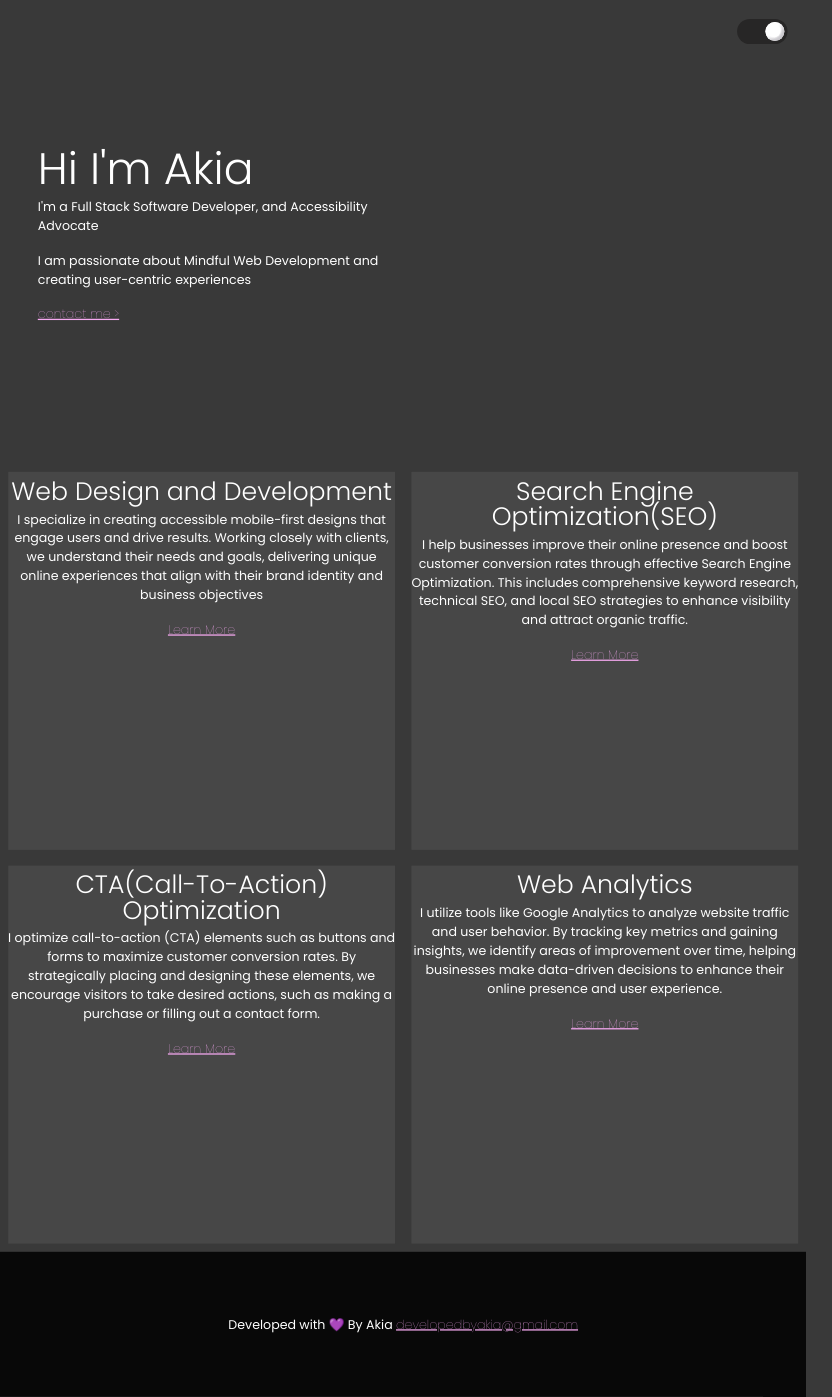
Repository: akiachenise/akiachenise.github.io
Page: index.html
An editor plug-in stored every save of this project. The page is shown before and after the next save, followed by the edit.
The browser window is 1280 px wide. The page is 1280 px wide, then 1320 px, so the pictures cover 1320 px, including what lies to the right of the window. The pictures show the whole page, at 63% of full size.
After loading, the first visible `div.switch` was clicked once.

Above is the page before, as saved 2023-06-09 08:08:14.

After the next save:
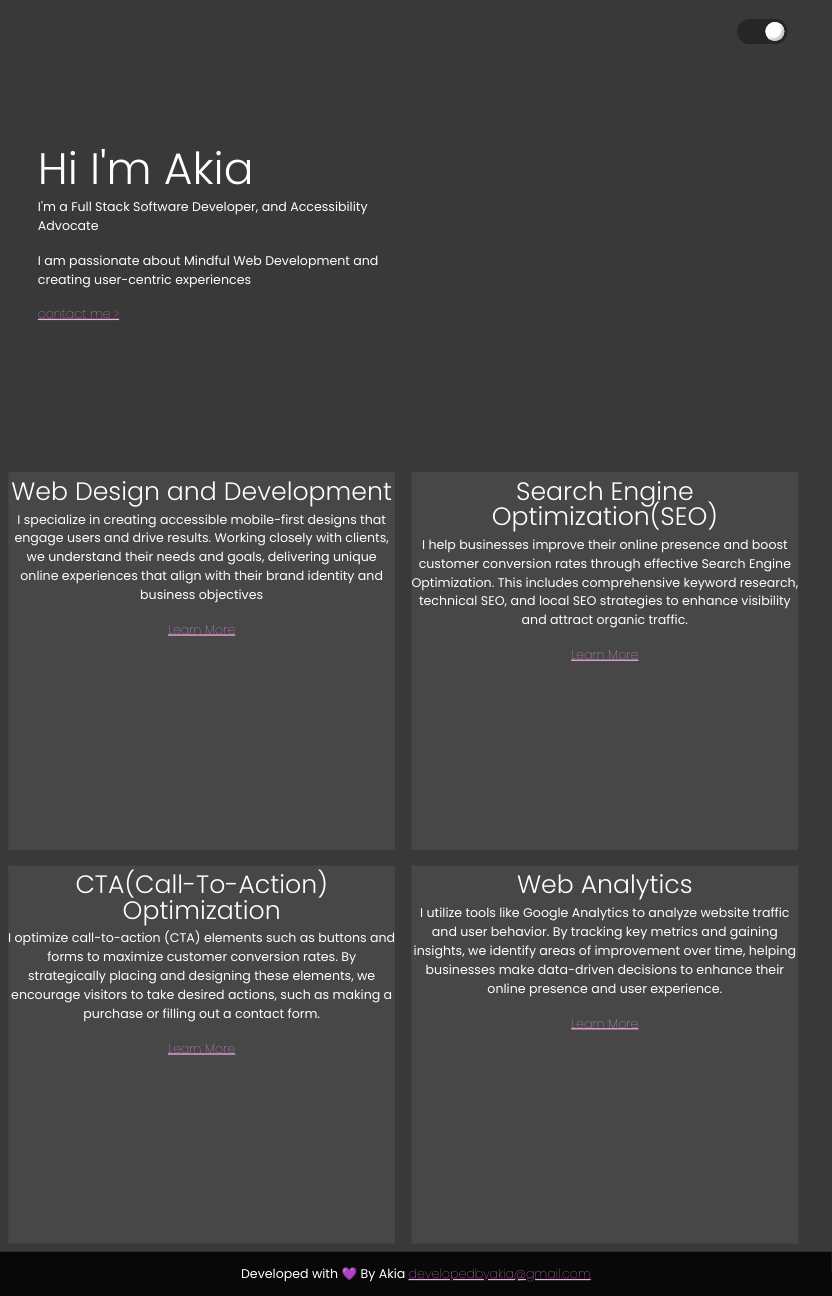
Saved 114 s later.
--- a/css/styles.css
+++ b/css/styles.css
@@ -262,6 +262,12 @@ footer {
 
 .dark footer {
     background-color: rgb(8, 8, 8);
+    width: 100%;
+    padding: 20px;
+    display: flex;
+    font-family: poppins;
+    align-items: center;
+    justify-content: center;
 }
 
 
